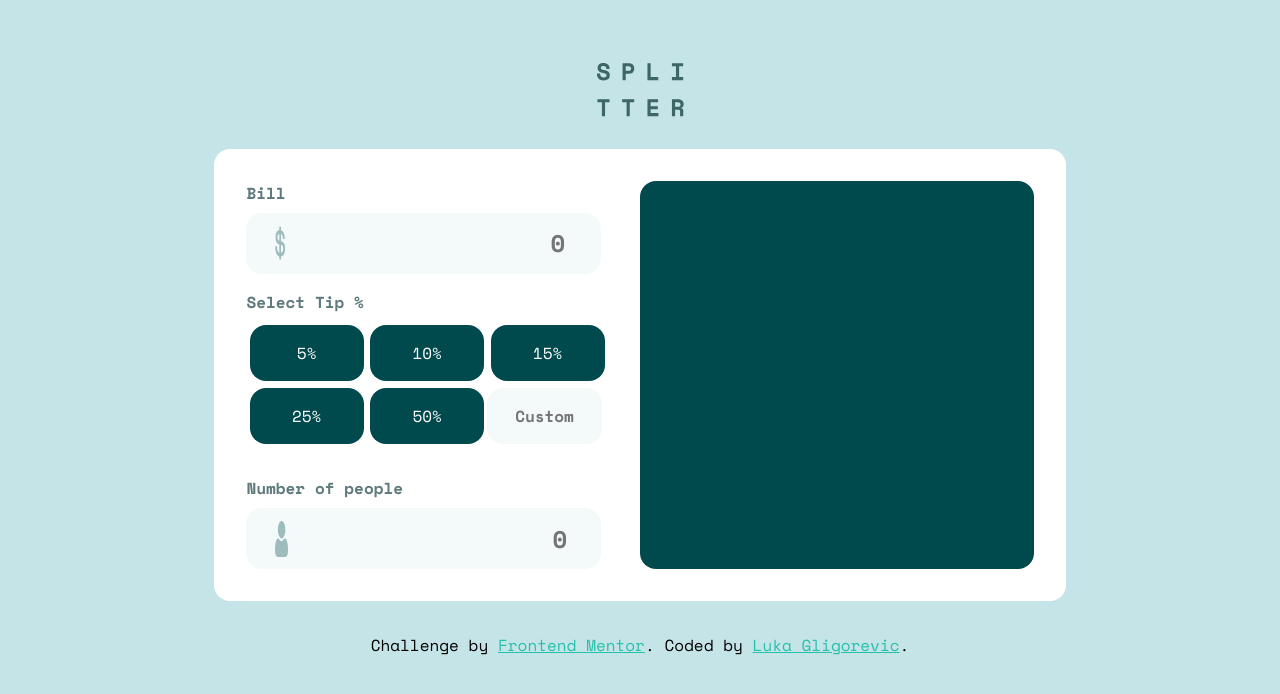
Repository: gligor99/tip-fmentor
Page: /
These files come from the project's save history. The page is drawn as it stood at one moment and after the next save; the edit follows.
The browser window is 1280 px wide. The pictures show the whole page.
The project was rebuilt for these pictures with package versions that can differ from the ones it lists, and the page was loaded fresh each time.

Above is the page before, as saved 2021-11-26 22:52:10.

After the next save:
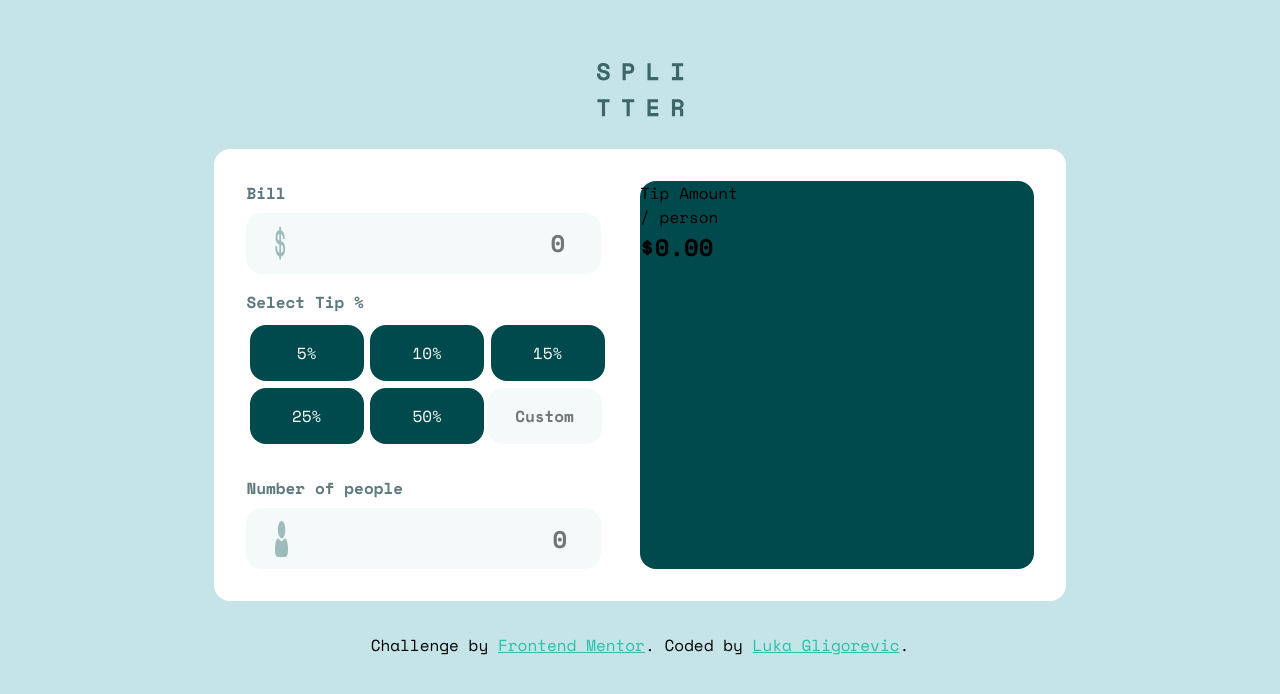
Saved 3 min 6 s later.
--- a/src/components/Tipper.tsx
+++ b/src/components/Tipper.tsx
@@ -37,7 +37,17 @@ const Tipper = () => {
           </div>
         </form>
       </div>
-      <div className="right-side"></div>
+      <div className="right-side">
+        <div className="results-tip">
+          <div className="results-text">
+            <p className="results-label">Tip Amount</p>
+            <p className="per-person">/ person</p>
+          </div>
+          <div className="tip-result">
+            <h1 id="tip-result">$0.00</h1>
+          </div>
+        </div>
+      </div>
     </section>
   );
 };
